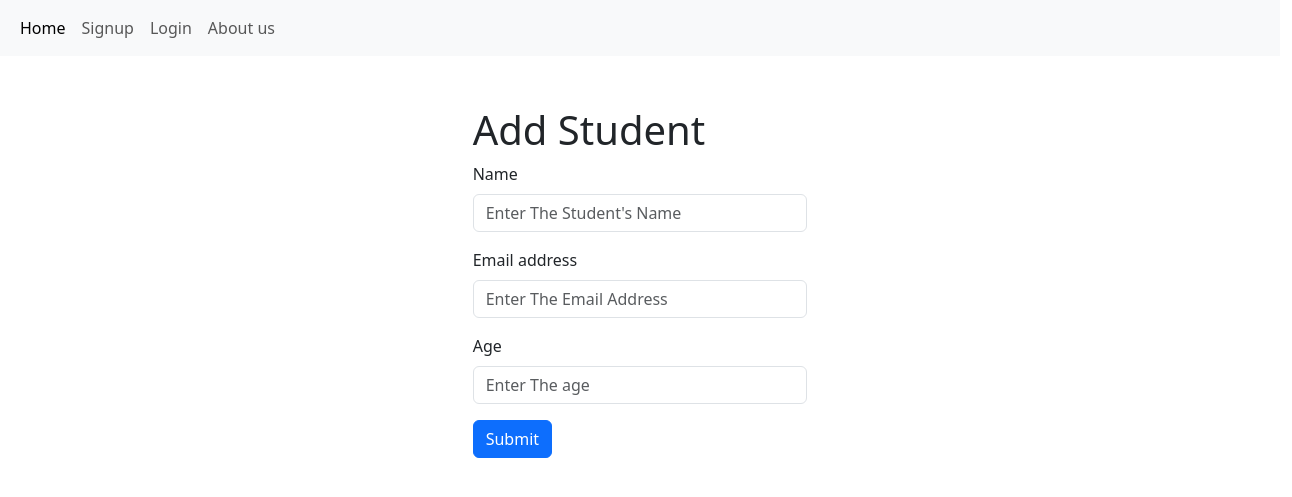
Repository: Manojs14/StudentManagementSystem
Page: http://localhost/Crud_form/
The author's editor kept a copy of each file at every save. The page is drawn from the files as they stood at one save, then again after the next save.
The browser window is 1280 px wide. The page is 1292 px wide, so the pictures cover 1292 px, including what lies to the right of the window. The pictures show the whole page.
The page is served by Tomcat 9. Nobody is signed in. The application's start-up code is not run.

Above is the page before, as saved 2024-07-11 04:29:05.

After the next save:
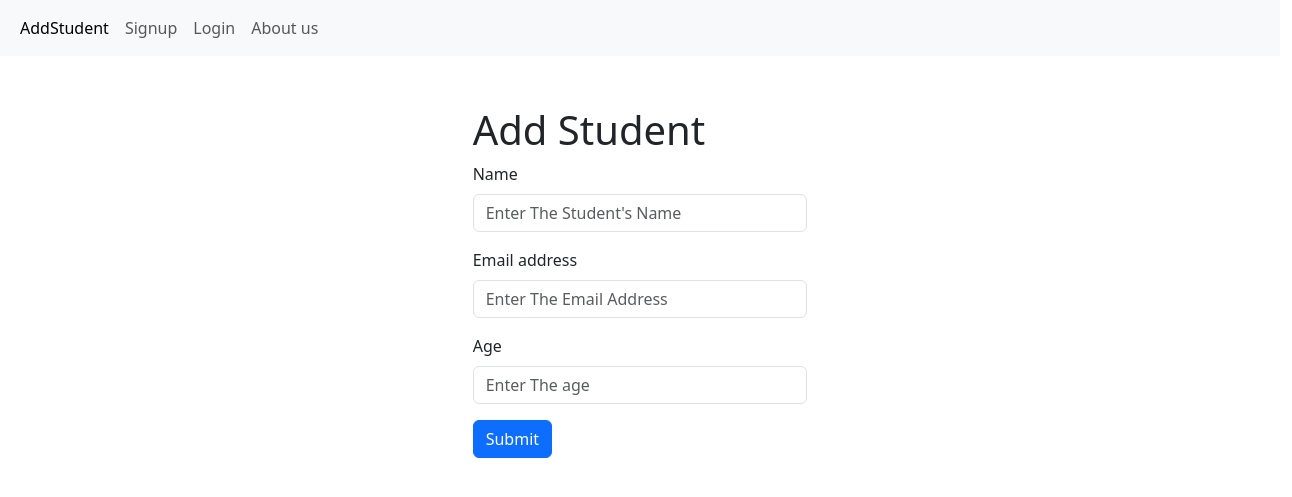
Saved 14 s later.
--- a/Crud_form/src/main/webapp/index.jsp
+++ b/Crud_form/src/main/webapp/index.jsp
@@ -20,7 +20,7 @@
 			<div class="collapse navbar-collapse" id="navbarNav">
 				<ul class="navbar-nav">
 					<li class="nav-item"><a class="nav-link active"
-						aria-current="page" href="index.jsp">Home</a></li>
+						aria-current="page" href="index.jsp">AddStudent</a></li>
 					<li class="nav-item"><a class="nav-link" href="signup.jsp">Signup</a>
 					</li>
 					<li class="nav-item"><a class="nav-link" href="login.jsp">Login</a>
